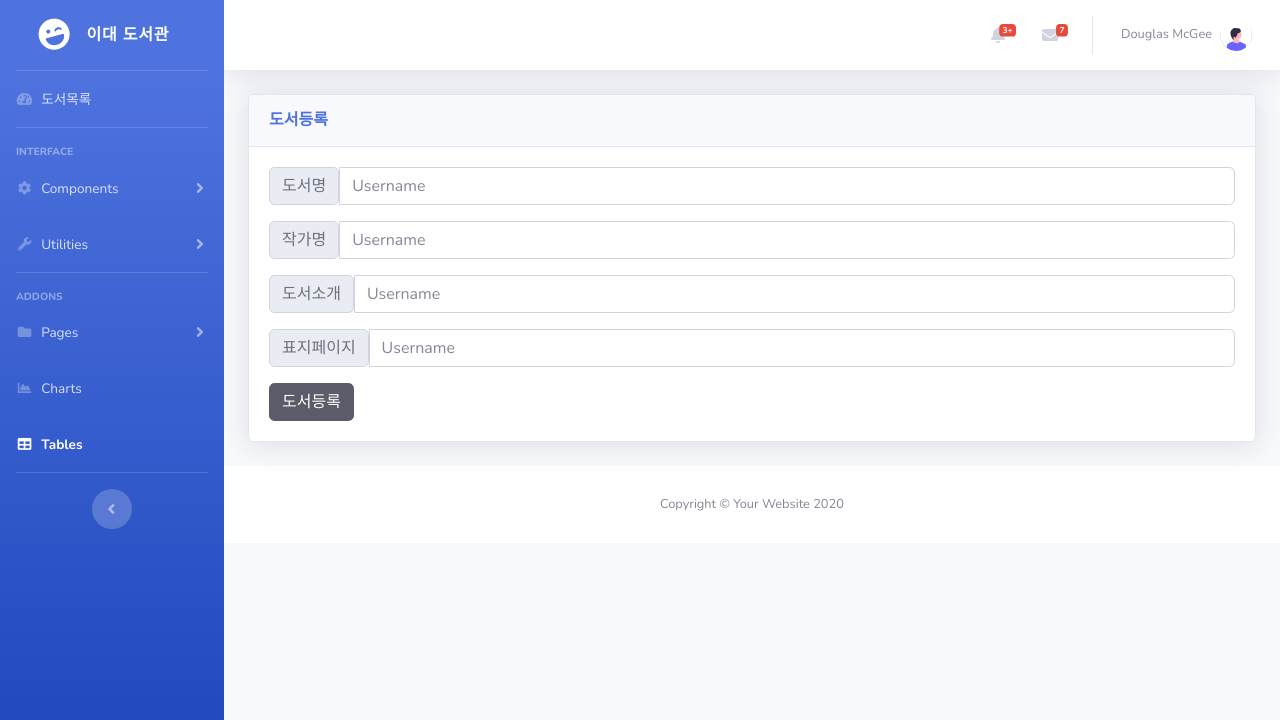
Repository: allely/spring
Page: http://localhost/jsp/book/reg.jsp
An editor plug-in stored every save of this project. The page is shown before and after the next save, followed by the edit.
The browser window is 1280 px wide. The pictures show the whole page.
The page is served by Tomcat 9. Other server files are loaded and not shown.

Above is the page before, as saved 2023-11-27 01:50:35.

### 2. 서블릿 & JSP/jsp/jsp/src/main/webapp/book/reg.jsp
<%@ page language="java" contentType="text/html; charset=UTF-8"
    pageEncoding="UTF-8"%>
<!DOCTYPE html>
<html>
<head>
<meta charset="UTF-8">
<title>Insert title here</title>
</head>
<body>
<script type="text/javascript">
	window.onload = function(){
		// regBtn 요소에 이벤트를 추가한다. (아이디로 접근하는 방법)
		regBtn.addEventListener('click', function(){
			// form요소의 이름으로 접근하여 폼을 전송한다.(새로운 페이지 요청)
			regForm.submit();
		});
	}
</script>
	<!-- 도서 등록 화면 -->
	<%@include file="/header.jsp" %>

	<!-- 메인컨텐츠 영역 시작-->
	<div class="container-fluid">
			<div class="card shadow mb-4">

				<div class="card-header py-3">
					<h6 class="m-0 font-weight-bold text-primary">도서등록</h6>
				</div>

				<div class="card-body">
				<!-- 폼등록 -->
				<form action="/book/bookRegProcess" name="regForm" method="post">
					<div class="input-group mb-3">
						<span class="input-group-text" id="basic-addon1">도서명</span>
						<input type="text" class="form-control" placeholder="Username" name="title" aria-label="Username" aria-describedby="basic-addon1">
					</div>

					<div class="input-group mb-3">
						<span class="input-group-text" id="basic-addon1">작가명</span>
						<input type="text" class="form-control" placeholder="Username" name="author" aria-label="Username" aria-describedby="basic-addon1">
					</div>

					<div class="input-group mb-3">
						<span class="input-group-text" id="basic-addon1">도서소개</span>
						<input type="text" class="form-control" placeholder="Username" name="content" aria-label="Username" aria-describedby="basic-addon1">
					</div>

					<div class="input-group mb-3">
						<span class="input-group-text" id="basic-addon1">표지페이지</span>
						<input type="text" class="form-control" placeholder="Username" name="imgFile" aria-label="Username" aria-describedby="basic-addon1">
					</div>

					<button type="button" class="btn btn-dark" id="regBtn">도서등록</button>
				</form>
				</div>

			</div>
	</div>
	<%@include file="/footer.jsp" %>
</body>
</html>

### 2. 서블릿 & JSP/jsp/jsp/src/main/webapp/header.jsp
<%@ page language="java" contentType="text/html; charset=UTF-8"
	pageEncoding="UTF-8"%>
<!DOCTYPE html>
<html>
<head>

<meta charset="utf-8">
<meta http-equiv="X-UA-Compatible" content="IE=edge">
<meta name="viewport"
	content="width=device-width, initial-scale=1, shrink-to-fit=no">
<meta name="description" content="">
<meta name="author" content="">

<title>SB Admin 2 - Tables</title>

<!-- Custom fonts for this template -->
<link href="../vendor/fontawesome-free/css/all.min.css" rel="stylesheet"
	type="text/css">
<link
	href="https://fonts.googleapis.com/css?family=Nunito:200,200i,300,300i,400,400i,600,600i,700,700i,800,800i,900,900i"
	rel="stylesheet">

<!-- Custom styles for this template -->
<link href="/css/sb-admin-2.min.css" rel="stylesheet">

<!-- Custom styles for this page -->
<link href="/vendor/datatables/dataTables.bootstrap4.min.css"
	rel="stylesheet">

</head>

<body id="page-top">

	<!-- Page Wrapper -->
	<div id="wrapper">

		<!-- Sidebar -->
		<ul
			class="navbar-nav bg-gradient-primary sidebar sidebar-dark accordion"
			id="accordionSidebar">

			<!-- Sidebar - Brand -->
			<a
				class="sidebar-brand d-flex align-items-center justify-content-center"
				href="index.html">
				<div class="sidebar-brand-icon rotate-n-15">
					<i class="fas fa-laugh-wink"></i>
				</div>
				<div class="sidebar-brand-text mx-3">
					이대 도서관</sup>
				</div>
			</a>

			<!-- Divider -->
			<hr class="sidebar-divider my-0">

			<!-- Nav Item - Dashboard -->
			<li class="nav-item"><a class="nav-link" href="index.html">
					<i class="fas fa-fw fa-tachometer-alt"></i> <span>도서목록</span>
			</a></li>

			<!-- Divider -->
			<hr class="sidebar-divider">

			<!-- Heading -->
			<div class="sidebar-heading">Interface</div>

			<!-- Nav Item - Pages Collapse Menu -->
			<li class="nav-item"><a class="nav-link collapsed" href="#"
				data-toggle="collapse" data-target="#collapseTwo"
				aria-expanded="true" aria-controls="collapseTwo"> <i
					class="fas fa-fw fa-cog"></i> <span>Components</span>
			</a>
				<div id="collapseTwo" class="collapse" aria-labelledby="headingTwo"
					data-parent="#accordionSidebar">
					<div class="bg-white py-2 collapse-inner rounded">
						<h6 class="collapse-header">Custom Components:</h6>
						<a class="collapse-item" href="buttons.html">Buttons</a> <a
							class="collapse-item" href="cards.html">Cards</a>
					</div>
				</div></li>

			<!-- Nav Item - Utilities Collapse Menu -->
			<li class="nav-item"><a class="nav-link collapsed" href="#"
				data-toggle="collapse" data-target="#collapseUtilities"
				aria-expanded="true" aria-controls="collapseUtilities"> <i
					class="fas fa-fw fa-wrench"></i> <span>Utilities</span>
			</a>
				<div id="collapseUtilities" class="collapse"
					aria-labelledby="headingUtilities" data-parent="#accordionSidebar">
					<div class="bg-white py-2 collapse-inner rounded">
						<h6 class="collapse-header">Custom Utilities:</h6>
						<a class="collapse-item" href="utilities-color.html">Colors</a> <a
							class="collapse-item" href="utilities-border.html">Borders</a> <a
							class="collapse-item" href="utilities-animation.html">Animations</a>
						<a class="collapse-item" href="utilities-other.html">Other</a>
					</div>
				</div></li>

			<!-- Divider -->
			<hr class="sidebar-divider">

			<!-- Heading -->
			<div class="sidebar-heading">Addons</div>

			<!-- Nav Item - Pages Collapse Menu -->
			<li class="nav-item"><a class="nav-link collapsed" href="#"
				data-toggle="collapse" data-target="#collapsePages"
				aria-expanded="true" aria-controls="collapsePages"> <i
					class="fas fa-fw fa-folder"></i> <span>Pages</span>
			</a>
				<div id="collapsePages" class="collapse"
					aria-labelledby="headingPages" data-parent="#accordionSidebar">
					<div class="bg-white py-2 collapse-inner rounded">
						<h6 class="collapse-header">Login Screens:</h6>
						<a class="collapse-item" href="login.html">Login</a> <a
							class="collapse-item" href="register.html">Register</a> <a
							class="collapse-item" href="forgot-password.html">Forgot
							Password</a>
						<div class="collapse-divider"></div>
						<h6 class="collapse-header">Other Pages:</h6>
						<a class="collapse-item" href="404.html">404 Page</a> <a
							class="collapse-item" href="blank.html">Blank Page</a>
					</div>
				</div></li>

			<!-- Nav Item - Charts -->
			<li class="nav-item"><a class="nav-link" href="charts.html">
					<i class="fas fa-fw fa-chart-area"></i> <span>Charts</span>
			</a></li>

			<!-- Nav Item - Tables -->
			<li class="nav-item active"><a class="nav-link"
				href="tables.html"> <i class="fas fa-fw fa-table"></i> <span>Tables</span></a>
			</li>

			<!-- Divider -->
			<hr class="sidebar-divider d-none d-md-block">

			<!-- Sidebar Toggler (Sidebar) -->
			<div class="text-center d-none d-md-inline">
				<button class="rounded-circle border-0" id="sidebarToggle"></button>
			</div>

		</ul>
		<!-- End of Sidebar -->

		<!-- Content Wrapper -->
		<div id="content-wrapper" class="d-flex flex-column">

			<!-- Main Content -->
			<div id="content">

				<!-- Topbar -->
				<nav
					class="navbar navbar-expand navbar-light bg-white topbar mb-4 static-top shadow">

					<!-- Sidebar Toggle (Topbar) -->
					<form class="form-inline">
						<button id="sidebarToggleTop"
							class="btn btn-link d-md-none rounded-circle mr-3">
							<i class="fa fa-bars"></i>
						</button>
					</form>




					<!-- Topbar Navbar -->
					<ul class="navbar-nav ml-auto">

						<!-- Nav Item - Search Dropdown (Visible Only XS) -->
						<li class="nav-item dropdown no-arrow d-sm-none"><a
							class="nav-link dropdown-toggle" href="#" id="searchDropdown"
							role="button" data-toggle="dropdown" aria-haspopup="true"
							aria-expanded="false"> <i class="fas fa-search fa-fw"></i>
						</a> <!-- Dropdown - Messages -->
							<div
								class="dropdown-menu dropdown-menu-right p-3 shadow animated--grow-in"
								aria-labelledby="searchDropdown">
								<form class="form-inline mr-auto w-100 navbar-search">
									<div class="input-group">
										<input type="text"
											class="form-control bg-light border-0 small"
											placeholder="Search for..." aria-label="Search"
											aria-describedby="basic-addon2">
										<div class="input-group-append">
											<button class="btn btn-primary" type="button">
												<i class="fas fa-search fa-sm"></i>
											</button>
										</div>
									</div>
								</form>
							</div></li>


						<!-- Nav Item - Alerts -->
						<li class="nav-item dropdown no-arrow mx-1"><a
							class="nav-link dropdown-toggle" href="#" id="alertsDropdown"
							role="button" data-toggle="dropdown" aria-haspopup="true"
							aria-expanded="false"> <i class="fas fa-bell fa-fw"></i> <!-- Counter - Alerts -->
								<span class="badge badge-danger badge-counter">3+</span>
						</a> <!-- Dropdown - Alerts -->
							<div
								class="dropdown-list dropdown-menu dropdown-menu-right shadow animated--grow-in"
								aria-labelledby="alertsDropdown">
								<h6 class="dropdown-header">Alerts Center</h6>
								<a class="dropdown-item d-flex align-items-center" href="#">
									<div class="mr-3">
										<div class="icon-circle bg-primary">
											<i class="fas fa-file-alt text-white"></i>
										</div>
									</div>
									<div>
										<div class="small text-gray-500">December 12, 2019</div>
										<span class="font-weight-bold">A new monthly report is
											ready to download!</span>
									</div>
								</a> <a class="dropdown-item d-flex align-items-center" href="#">
									<div class="mr-3">
										<div class="icon-circle bg-success">
											<i class="fas fa-donate text-white"></i>
										</div>
									</div>
									<div>
										<div class="small text-gray-500">December 7, 2019</div>
										$290.29 has been deposited into your account!
									</div>
								</a> <a class="dropdown-item d-flex align-items-center" href="#">
									<div class="mr-3">
										<div class="icon-circle bg-warning">
											<i class="fas fa-exclamation-triangle text-white"></i>
										</div>
									</div>
									<div>
										<div class="small text-gray-500">December 2, 2019</div>
										Spending Alert: We've noticed unusually high spending for your
										account.
									</div>
								</a> <a class="dropdown-item text-center small text-gray-500"
									href="#">Show All Alerts</a>
							</div></li>

						<!-- Nav Item - Messages -->
						<li class="nav-item dropdown no-arrow mx-1"><a
							class="nav-link dropdown-toggle" href="#" id="messagesDropdown"
							role="button" data-toggle="dropdown" aria-haspopup="true"
							aria-expanded="false"> <i class="fas fa-envelope fa-fw"></i>
								<!-- Counter - Messages --> <span
								class="badge badge-danger badge-counter">7</span>
						</a> <!-- Dropdown - Messages -->
							<div
								class="dropdown-list dropdown-menu dropdown-menu-right shadow animated--grow-in"
								aria-labelledby="messagesDropdown">
								<h6 class="dropdown-header">Message Center</h6>
								<a class="dropdown-item d-flex align-items-center" href="#">
									<div class="dropdown-list-image mr-3">
										<img class="rounded-circle" src="img/undraw_profile_1.svg"
											alt="...">
										<div class="status-indicator bg-success"></div>
									</div>
									<div class="font-weight-bold">
										<div class="text-truncate">Hi there! I am wondering if
											you can help me with a problem I've been having.</div>
										<div class="small text-gray-500">Emily Fowler · 58m</div>
									</div>
								</a> <a class="dropdown-item d-flex align-items-center" href="#">
									<div class="dropdown-list-image mr-3">
										<img class="rounded-circle" src="img/undraw_profile_2.svg"
											alt="...">
										<div class="status-indicator"></div>
									</div>
									<div>
										<div class="text-truncate">I have the photos that you
											ordered last month, how would you like them sent to you?</div>
										<div class="small text-gray-500">Jae Chun · 1d</div>
									</div>
								</a> <a class="dropdown-item d-flex align-items-center" href="#">
									<div class="dropdown-list-image mr-3">
										<img class="rounded-circle" src="img/undraw_profile_3.svg"
											alt="...">
										<div class="status-indicator bg-warning"></div>
									</div>
									<div>
										<div class="text-truncate">Last month's report looks
											great, I am very happy with the progress so far, keep up the
											good work!</div>
										<div class="small text-gray-500">Morgan Alvarez · 2d</div>
									</div>
								</a> <a class="dropdown-item d-flex align-items-center" href="#">
									<div class="dropdown-list-image mr-3">
										<img class="rounded-circle"
											src="https://source.unsplash.com/Mv9hjnEUHR4/60x60" alt="...">
										<div class="status-indicator bg-success"></div>
									</div>
									<div>
										<div class="text-truncate">Am I a good boy? The reason I
											ask is because someone told me that people say this to all
											dogs, even if they aren't good...</div>
										<div class="small text-gray-500">Chicken the Dog · 2w</div>
									</div>
								</a> <a class="dropdown-item text-center small text-gray-500"
									href="#">Read More Messages</a>
							</div></li>

						<div class="topbar-divider d-none d-sm-block"></div>

						<!-- Nav Item - User Information -->
						<li class="nav-item dropdown no-arrow"><a
							class="nav-link dropdown-toggle" href="#" id="userDropdown"
							role="button" data-toggle="dropdown" aria-haspopup="true"
							aria-expanded="false"> <span
								class="mr-2 d-none d-lg-inline text-gray-600 small">Douglas
									McGee</span> <img class="img-profile rounded-circle"
								src="img/undraw_profile.svg">
						</a> <!-- Dropdown - User Information -->
							<div
								class="dropdown-menu dropdown-menu-right shadow animated--grow-in"
								aria-labelledby="userDropdown">
								<a class="dropdown-item" href="#"> <i
									class="fas fa-user fa-sm fa-fw mr-2 text-gray-400"></i> Profile
								</a> <a class="dropdown-item" href="#"> <i
									class="fas fa-cogs fa-sm fa-fw mr-2 text-gray-400"></i>
									Settings
								</a> <a class="dropdown-item" href="#"> <i
									class="fas fa-list fa-sm fa-fw mr-2 text-gray-400"></i>
									Activity Log
								</a>
								<div class="dropdown-divider"></div>
								<a class="dropdown-item" href="#" data-toggle="modal"
									data-target="#logoutModal"> <i
									class="fas fa-sign-out-alt fa-sm fa-fw mr-2 text-gray-400"></i>
									Logout
								</a>
							</div></li>

					</ul>

				</nav>
				<!-- End of Topbar -->
</body>
</html>

### 2. 서블릿 & JSP/jsp/jsp/src/main/webapp/footer.jsp
<%@ page language="java" contentType="text/html; charset=UTF-8"
    pageEncoding="UTF-8"%>
<!DOCTYPE html>
<html>
<head>
<meta charset="UTF-8">
<title>Insert title here</title>
</head>
<body>
<div>
<div>

 <!-- Footer -->
            <footer class="sticky-footer bg-white">
                <div class="container my-auto">
                    <div class="copyright text-center my-auto">
                        <span>Copyright &copy; Your Website 2020</span>
                    </div>
                </div>
            </footer>
            <!-- End of Footer -->

        </div>
        <!-- End of Content Wrapper -->

    </div>
    <!-- End of Page Wrapper -->

    <!-- Scroll to Top Button-->
    <a class="scroll-to-top rounded" href="#page-top">
        <i class="fas fa-angle-up"></i>
    </a>

    <!-- Logout Modal-->
    <div class="modal fade" id="logoutModal" tabindex="-1" role="dialog" aria-labelledby="exampleModalLabel"
        aria-hidden="true">
        <div class="modal-dialog" role="document">
            <div class="modal-content">
                <div class="modal-header">
                    <h5 class="modal-title" id="exampleModalLabel">Ready to Leave?</h5>
                    <button class="close" type="button" data-dismiss="modal" aria-label="Close">
                        <span aria-hidden="true">×</span>
                    </button>
                </div>
                <div class="modal-body">Select "Logout" below if you are ready to end your current session.</div>
                <div class="modal-footer">
                    <button class="btn btn-secondary" type="button" data-dismiss="modal">Cancel</button>
                    <a class="btn btn-primary" href="login.html">Logout</a>
                </div>
            </div>
        </div>
    </div>

    <!-- Bootstrap core JavaScript-->
    <script src="/vendor/jquery/jquery.min.js"></script>
    <script src="/vendor/bootstrap/js/bootstrap.bundle.min.js"></script>

    <!-- Core plugin JavaScript-->
    <script src="/vendor/jquery-easing/jquery.easing.min.js"></script>

    <!-- Custom scripts for all pages-->
    <script src="js/sb-admin-2.min.js"></script>

    <!-- Page level plugins -->
    <script src="/vendor/datatables/jquery.dataTables.min.js"></script>
    <script src="/vendor/datatables/dataTables.bootstrap4.min.js"></script>

    <!-- Page level custom scripts -->
    <script src="js/demo/datatables-demo.js"></script>

</body>
</html>

### 2. 서블릿 & JSP/jsp/jsp/src/main/webapp/img/undraw_profile.svg
<svg xmlns="http://www.w3.org/2000/svg" width="532" height="532" viewBox="0 0 532 532" xmlns:xlink="http://www.w3.org/1999/xlink"><circle cx="270.75986" cy="260.93427" r="86.34897" fill="#ffb6b6"/><polygon points="221.18982 360.05209 217.28876 320.6185 295.18982 306.05209 341.18982 418.05209 261.18982 510.05209 204.18982 398.05209 221.18982 360.05209" fill="#ffb6b6"/><path d="m216.0374,340.35736l17.03111,3.84802s-13.38821-42.45453-8.84396-46.50766c4.54427-4.05316,15.68007,2.33328,15.68007,2.33328l11.70201,13.1199,14.25394-14.51239s15.47495-19.2421,21.53397-24.6463-3.67319-25.46364-3.67319-25.46364c0,0,89.89185-24.23923,56.44299-67.83968,0,0-19.61093-34.18452-25.99734-23.04871-6.38641,11.1358-14.00162-6.55013-14.00162-6.55013l-23.25381,4.42198s-45.89429-27.06042-89.45331,30.82959c-43.55902,57.89003,28.57916,154.01572,28.57916,154.01572h-.00002Z" fill="#2f2e41"/><path d="m433.16003,472.95001c-47.19,38.26001-105.57001,59.04999-167.16003,59.04999-56.23999,0-109.81-17.33997-154.62-49.47998.08002-.84003.16003-1.66998.23004-2.5,1.19-13,2.25-25.64001,2.94995-36.12,2.71002-40.69,97.64001-67.81,97.64001-67.81,0,0,.42999.42999,1.29004,1.17999,5.23999,4.59998,26.50995,21.27997,63.81,25.94,33.25995,4.15997,44.20996-15.57001,47.51996-25.02002,1-2.88,1.30005-4.81,1.30005-4.81l97.63995,46.10999c6.37,9.10004,8.86005,28.70001,9.35004,50.73004.01996.90997.03998,1.81.04999,2.72998Z" fill="#6c63ff"/><path d="m454.09003,77.91003C403.85004,27.66998,337.05005,0,266,0S128.15002,27.66998,77.91003,77.91003C27.67004,128.15002,0,194.95001,0,266c0,64.85004,23.05005,126.16003,65.29004,174.57001,4.02997,4.63,8.23999,9.14001,12.62,13.52002,1.02997,1.02997,2.07001,2.06,3.12,3.06,2.79999,2.70996,5.65002,5.35999,8.54999,7.92999,1.76001,1.57001,3.54004,3.10999,5.34003,4.62,1.40997,1.19,2.82001,2.35999,4.25,3.51001.02997.02997.04999.04999.07996.07001,3.97003,3.19995,8.01001,6.27997,12.13,9.23999,44.81,32.14001,98.37999,49.47998,154.61998,49.47998,61.59003,0,119.97003-20.78998,167.16003-59.04999,3.84998-3.12,7.62-6.35999,11.32001-9.71002,3.26996-2.95996,6.46997-6.01001,9.60999-9.14996.98999-.98999,1.97998-1.98999,2.95001-3,2.70001-2.78003,5.32001-5.61005,7.88-8.48004,43.37-48.71997,67.07996-110.83997,67.07996-176.60999,0-71.04999-27.66998-137.84998-77.90997-188.08997Zm10.17999,362.20997c-2.5,2.84003-5.06,5.64001-7.67999,8.37-4.08002,4.25-8.28998,8.37-12.64001,12.34003-1.64996,1.52002-3.32001,3-5.01001,4.46997-1.91998,1.67004-3.85999,3.31-5.82996,4.92004-15.53003,12.75-32.54004,23.75-50.73004,32.70996-7.19,3.54999-14.56,6.78003-22.09998,9.67004-29.28998,11.23999-61.08002,17.39996-94.28003,17.39996-32.03998,0-62.75995-5.73999-91.19-16.23999-11.66998-4.29999-22.94995-9.40997-33.77997-15.26001-1.59003-.85999-3.16998-1.72998-4.73999-2.62-8.26001-4.67999-16.25-9.78998-23.91998-15.31-.25-.17999-.51001-.37-.76001-.54999-5.46002-3.94-10.77002-8.09003-15.90002-12.45001-1.88-1.59003-3.73999-3.20001-5.57001-4.84998-2.97998-2.65002-5.89996-5.38-8.75-8.18005-5.39996-5.28998-10.56-10.79999-15.48999-16.52997C26.09003,391.77002,2,331.65002,2,266,2,120.42999,120.43005,2,266,2s264,118.42999,264,264c0,66.66003-24.82996,127.62-65.72998,174.12Z" fill="#3f3d56"/></svg>

Loaded but not shown: 2. 서블릿 & JSP/jsp/jsp/src/main/webapp/css/sb-admin-2.min.css (library); 2. 서블릿 & JSP/jsp/jsp/src/main/webapp/js/sb-admin-2.min.js (common file); 2. 서블릿 & JSP/jsp/jsp/src/main/webapp/js/demo/datatables-demo.js (common file)

After the next save:
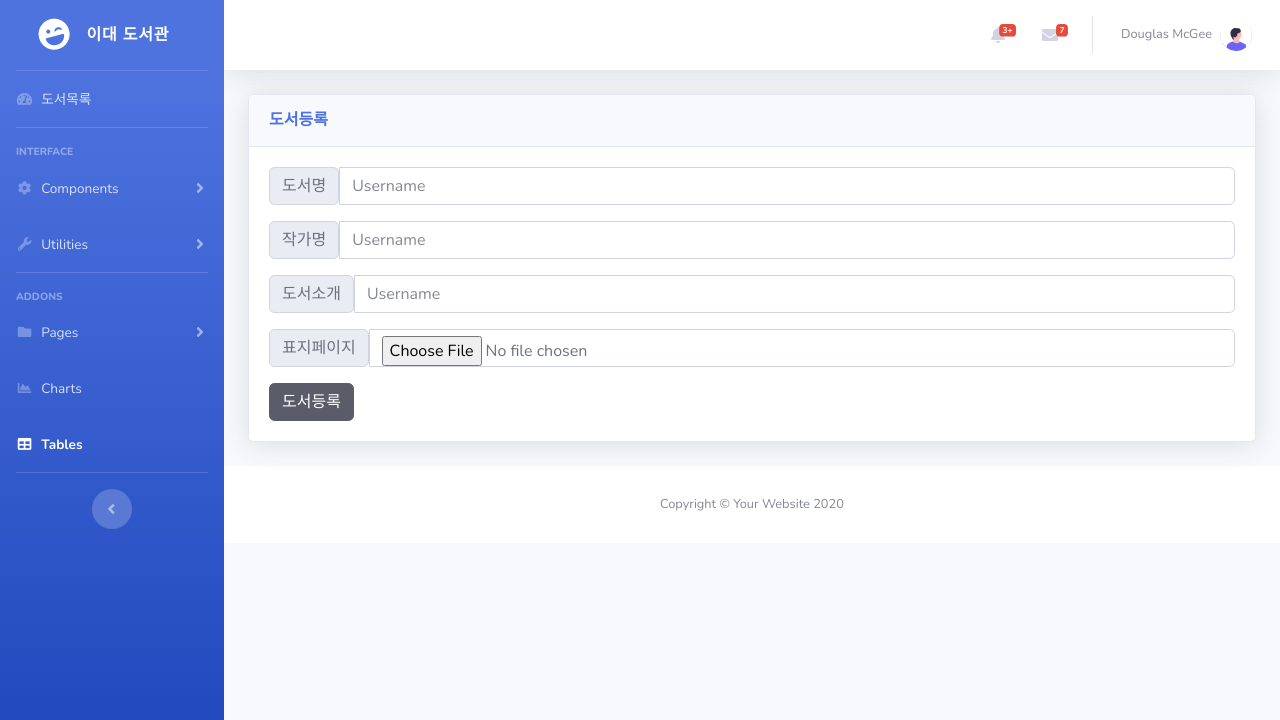
Saved 2 min 46 s later.
--- a/2. 서블릿 & JSP/jsp/jsp/src/main/webapp/book/reg.jsp
+++ b/2. 서블릿 & JSP/jsp/jsp/src/main/webapp/book/reg.jsp
@@ -47,7 +47,7 @@
 
 					<div class="input-group mb-3">
 						<span class="input-group-text" id="basic-addon1">표지페이지</span>
-						<input type="text" class="form-control" placeholder="Username" name="imgFile" aria-label="Username" aria-describedby="basic-addon1">
+						 <input type="file" class="form-control" id="inputGroupFile01" name="imgFile">
 					</div>
 
 					<button type="button" class="btn btn-dark" id="regBtn">도서등록</button>
